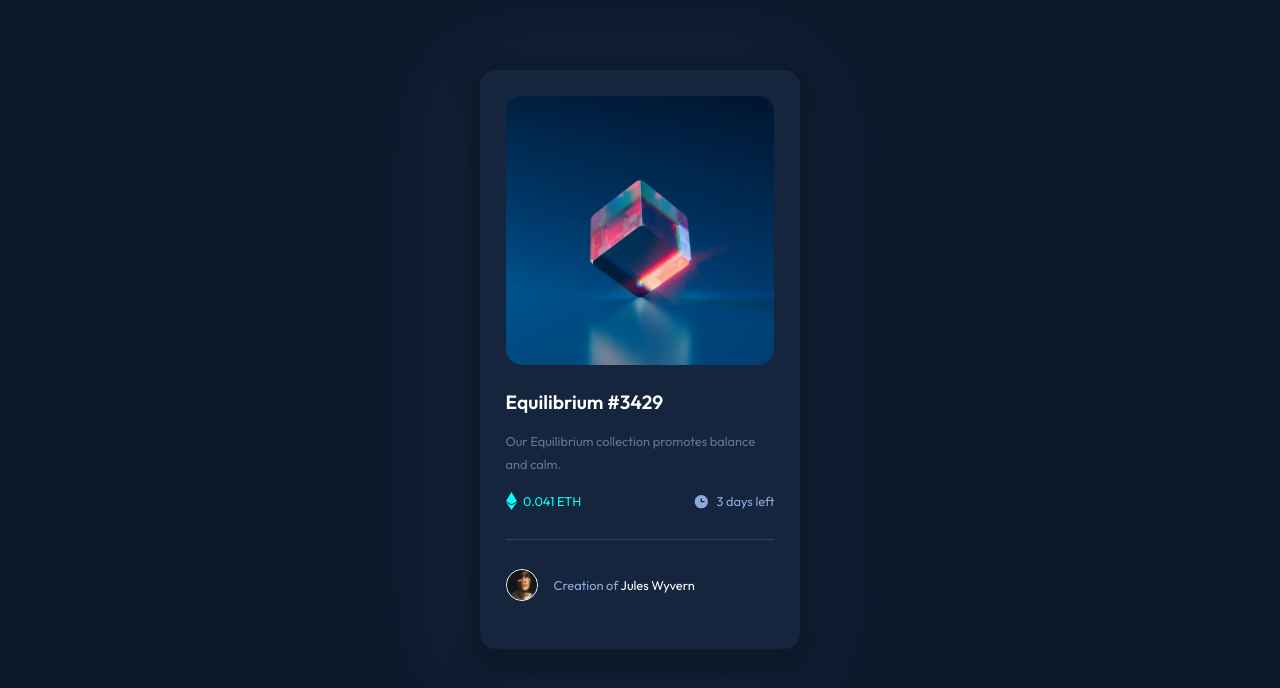
Repository: thaibaocoder1/nft-preview-card-component
Page: index.html
The author's editor kept a copy of each file at every save. The page is drawn from the files as they stood at one save, then again after the next save.
The browser window is 1280 px wide. The pictures show the whole page.

Above is the page before, as saved 2023-01-06 20:17:19.

After the next save:
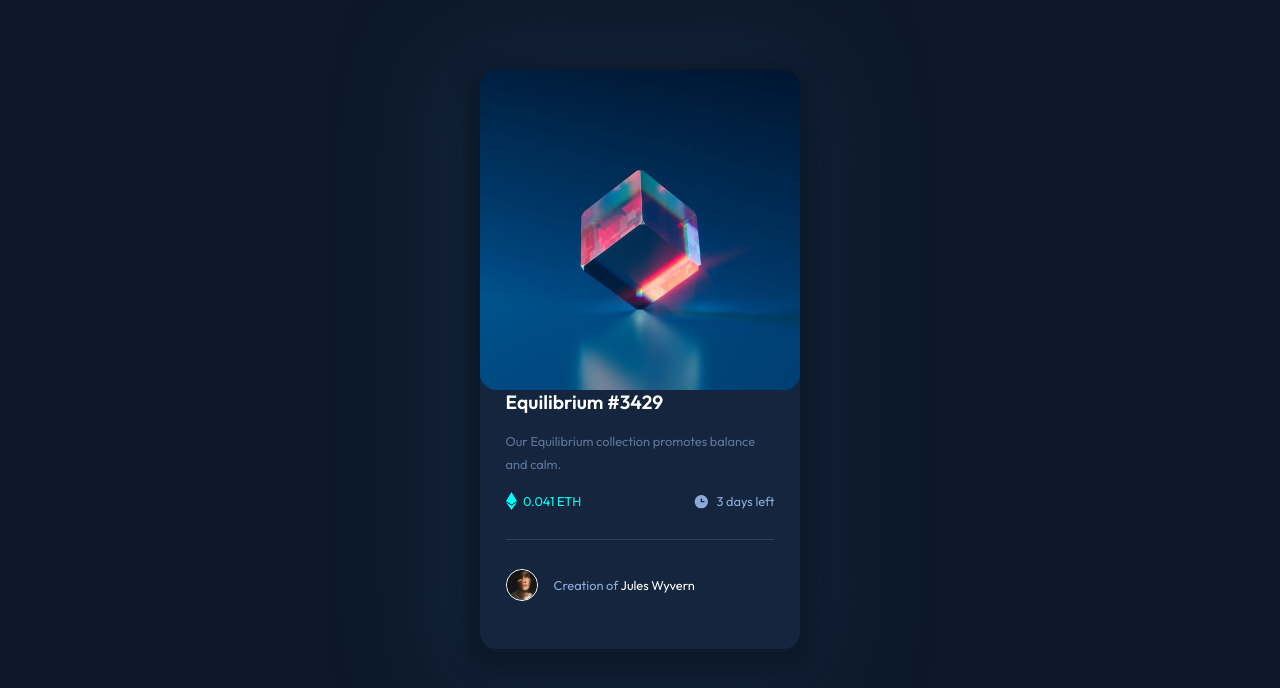
Saved 16 s later.
--- a/style.css
+++ b/style.css
@@ -35,7 +35,7 @@ body {
     width: 20rem;
     height: 20rem;
     cursor: pointer;
-    padding: 1.6rem;
+    /* padding: 1.6rem; */
     position: relative;
     overflow: hidden;
 }
